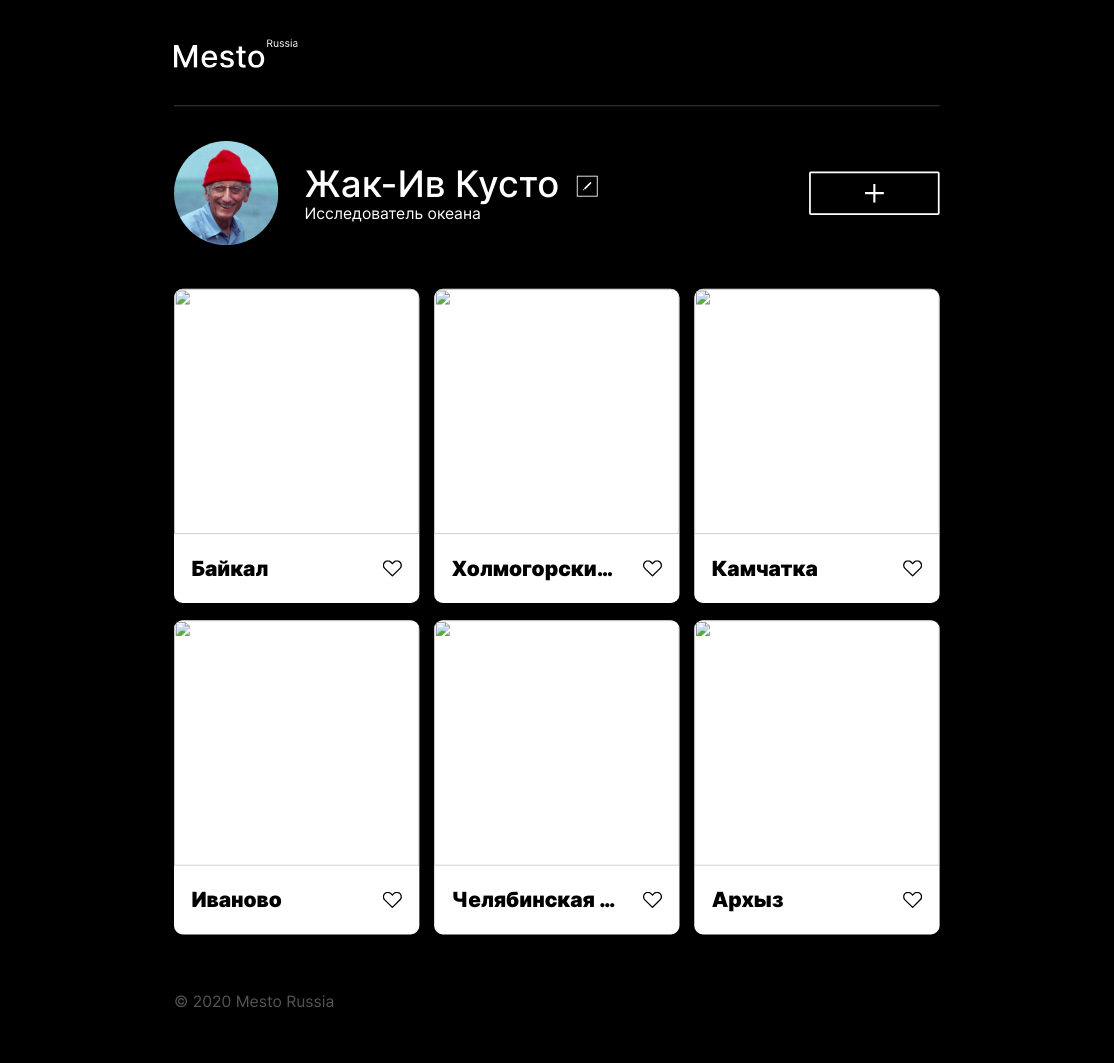
Repository: Akhtool/mesto
Page: index.html
The author's editor kept a copy of each file at every save. The page is drawn from the files as they stood at one save, then again after the next save.
The browser window is 1280 px wide. The pictures show the whole page, at 87% of full size.

Above is the page before, as saved 2023-01-03 13:31:53.

After the next save:
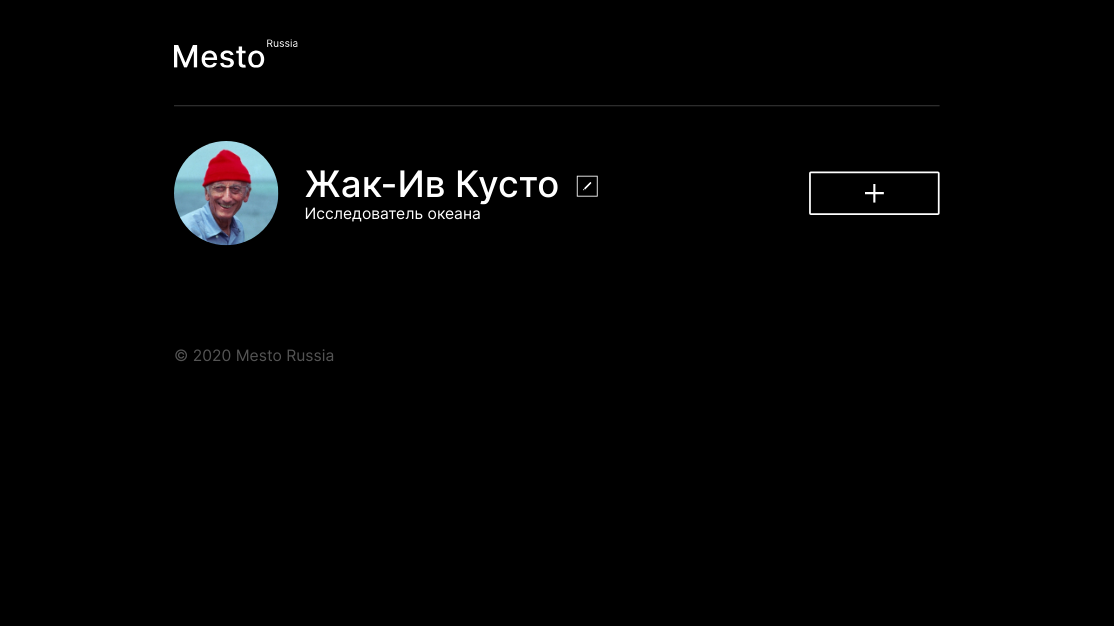
Console error: SyntaxError: Unexpected identifier 'добавлениея'
Saved 51 s later.
--- a/scripts/script.js
+++ b/scripts/script.js
@@ -75,33 +75,33 @@
   };
 
   addCard(initialCards);
-// попап добавлениея фотографий
-//   const popupAddCard = document.querySelector ('.popup_type_add-card');
-//   const addCardButton = document.querySelector('.profile__add-button');
-//   const cardSaveButton = document.querySelector('.popup__save-button');
-//   const cardElementName = document.querySelector('.popup__input_type_card-name');
-//   const cardElementLink = document.querySelector('.popup__input_type_card-link');
-//   const addCardForm = document.querySelector('.popup__input-form_type_card');
-//   const popupCloseButton = document.querySelector('.popup__close-button_type_add-card');
+попап добавлениея фотографий
+  const popupAddCard = document.querySelector ('.popup_type_add-card');
+  const addCardButton = document.querySelector('.profile__add-button');
+  const cardSaveButton = document.querySelector('.popup__save-button');
+  const cardElementName = document.querySelector('.popup__input_type_card-name');
+  const cardElementLink = document.querySelector('.popup__input_type_card-link');
+  const addCardForm = document.querySelector('.popup__input-form_type_card');
+  const popupCloseButton = document.querySelector('.popup__close-button_type_add-card');
 
-//   function openAddCardPopup() {
-//     console.log(popupCloseButton)
-//     popupAddCard.classList.add('popup_opened');
+  function openAddCardPopup() {
+    console.log(popupCloseButton)
+    popupAddCard.classList.add('popup_opened');
 
-//   }
+  }
 
-//   function closeAddCardPopup() {
-//     console.log(111)
-//     popupAddCard.classList.remove('popup_opened');
-//   }
+  function closeAddCardPopup() {
+    console.log(111)
+    popupAddCard.classList.remove('popup_opened');
+  }
 
-//   function handleAddCardForm (evt) {
-//     evt.preventDefault();
-//     addCardElement(cardElementName.value, cardElementLink.value);
-// }
+  function handleAddCardForm (evt) {
+    evt.preventDefault();
+    addCardElement(cardElementName.value, cardElementLink.value);
+}
 
-// console.log(popupCloseButton)
+console.log(popupCloseButton)
 
-//   popupCloseButton.addEventListener('click', closeAddCardPopup);
-//   addCardForm.addEventListener('submit', handleAddCardForm);
-//   addCardButton.addEventListener('click', openAddCardPopup);
+  popupCloseButton.addEventListener('click', closeAddCardPopup);
+  addCardForm.addEventListener('submit', handleAddCardForm);
+  addCardButton.addEventListener('click', openAddCardPopup);

After the save that followed:
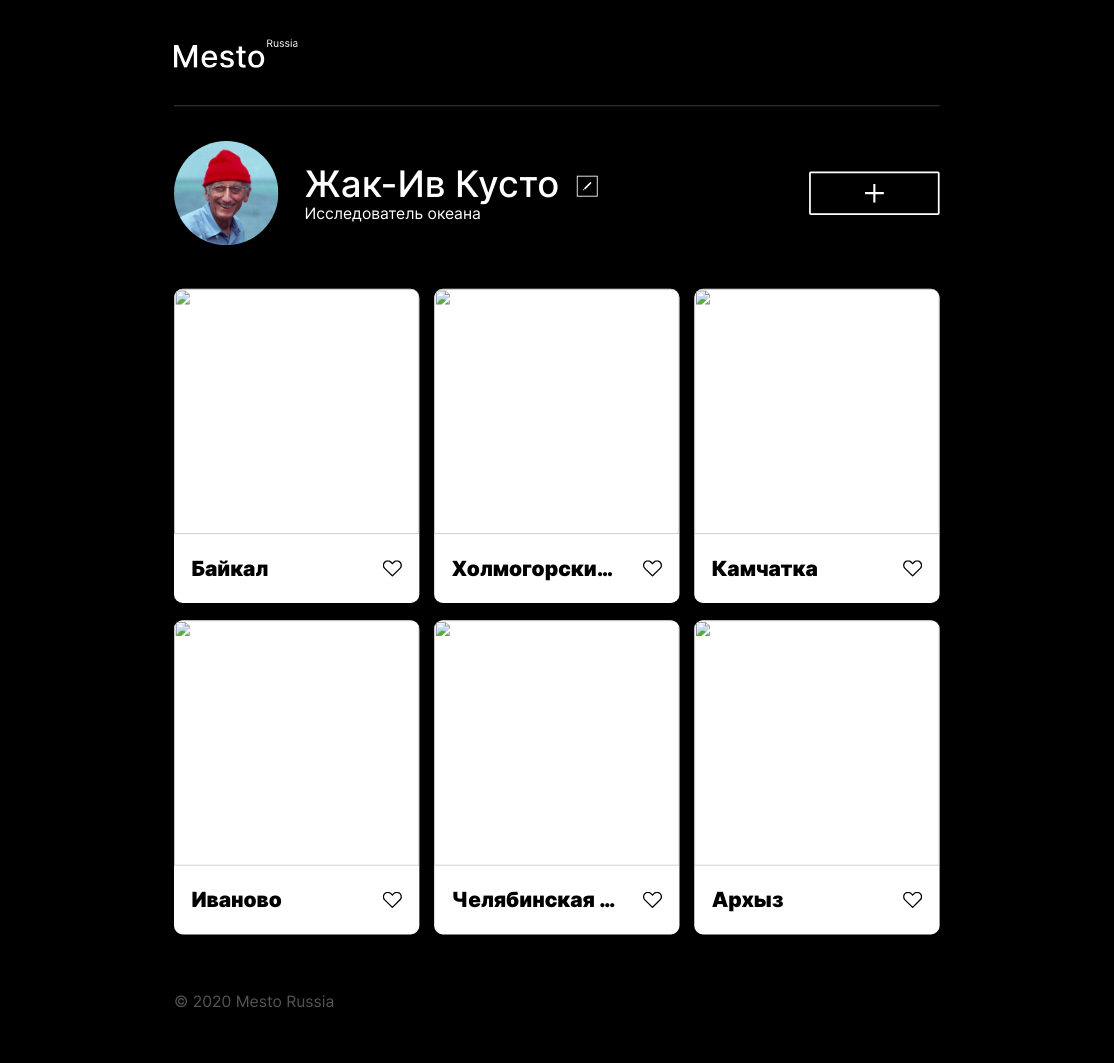
The error is gone.
Saved 44 s later.
--- a/scripts/script.js
+++ b/scripts/script.js
@@ -75,7 +75,7 @@
   };
 
   addCard(initialCards);
-попап добавлениея фотографий
+//попап добавлениея фотографий
   const popupAddCard = document.querySelector ('.popup_type_add-card');
   const addCardButton = document.querySelector('.profile__add-button');
   const cardSaveButton = document.querySelector('.popup__save-button');
@@ -85,13 +85,11 @@
   const popupCloseButton = document.querySelector('.popup__close-button_type_add-card');
 
   function openAddCardPopup() {
-    console.log(popupCloseButton)
     popupAddCard.classList.add('popup_opened');
 
   }
 
   function closeAddCardPopup() {
-    console.log(111)
     popupAddCard.classList.remove('popup_opened');
   }
 
@@ -100,8 +98,6 @@
     addCardElement(cardElementName.value, cardElementLink.value);
 }
 
-console.log(popupCloseButton)
-
   popupCloseButton.addEventListener('click', closeAddCardPopup);
   addCardForm.addEventListener('submit', handleAddCardForm);
   addCardButton.addEventListener('click', openAddCardPopup);
